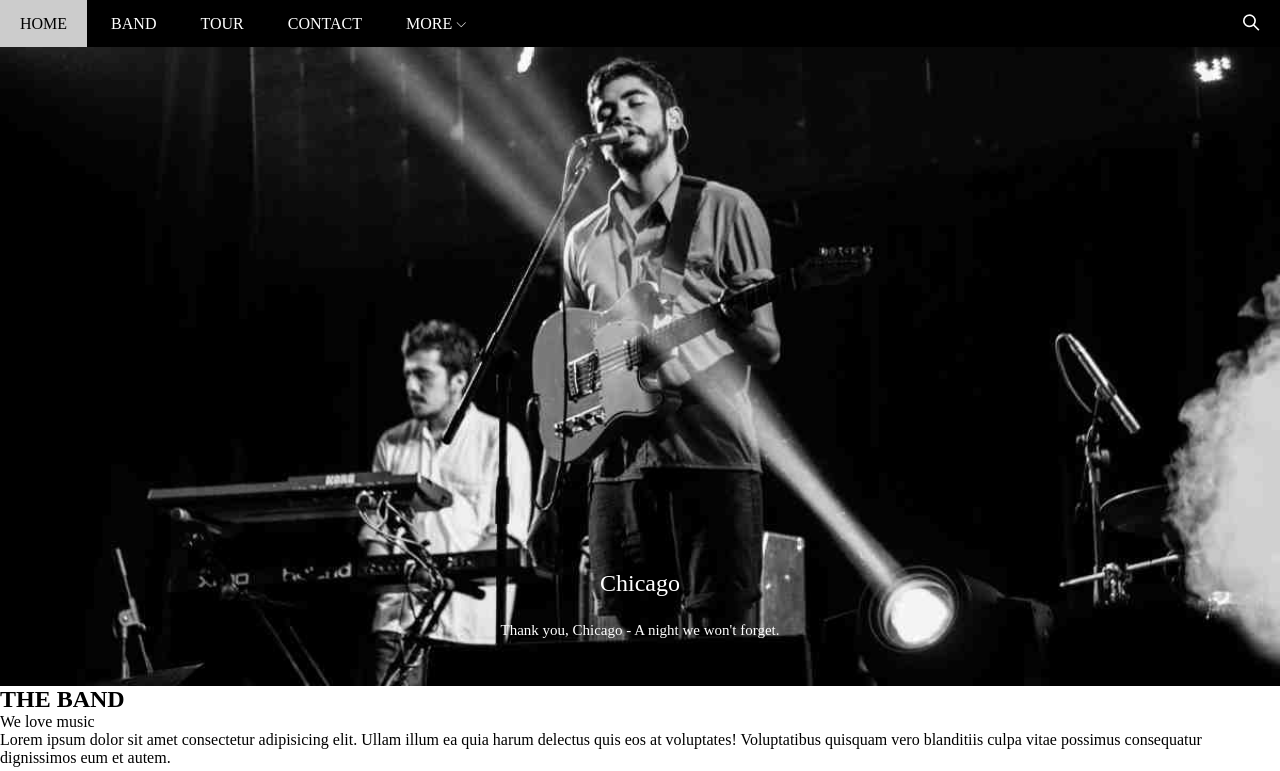
Repository: Dino0411/Dino0411.github.io
Page: index.html
These files come from the project's save history. The page is drawn as it stood at one moment and after the next save; the edit follows.
The browser window is 1280 px wide. The pictures show the whole page.

Above is the page before, as saved 2021-10-04 11:35:36.

### index.html
<!DOCTYPE html>
<html lang="en">
<head>
    <meta charset="UTF-8">
    <meta http-equiv="X-UA-Compatible" content="IE=edge">
    <meta name="viewport" content="width=device-width, initial-scale=1.0">
    <link rel="stylesheet" href="./assets/css/style.css">
    <link rel="stylesheet" href="./assets/fonts/themify-icons/themify-icons.css">
    <title>Document</title>
</head>
<body>
    <div id="main">
        <!-- TODO:header -->
        <div id="header">
            <!-- TODO:begin nav -->
            <ul id="nav">
                <li><a href="">Home</a></li>
                <li><a href="">Band</a></li>
                <li><a href="">Tour</a></li>
                <li><a href="">Contact</a></li>
                <li>
                    <a href="">
                        More
                        <i class="nav-arrow-down ti-angle-down"></i>
                    </a>
                    <ul class="subnav">
                        <li><a href="">Merchandise</a></li>
                        <li><a href="">Extras</a></li>
                        <li><a href="">Media</a></li>
                    </ul>
                </li>
            </ul>
            <!-- TODO:end nav -->

            <!-- TODO:begin search -->
            <div class="search-bth">
                <i class="search-icon  ti-search"></i>
            </div>
            <!-- TODO:end search -->
        </div>
        <!-- TODO:slider -->
        <div id="slider">
            <div class="text-content">
                <h2 class="text-heading">Chicago</h2>
                <div class="text-description">Thank you, Chicago - A night we won't forget.</div>
            </div>
        </div>
        <!-- TODO:content -->
        <div id="content">
            <div class="content-session">
                <h2 class="session-heading">THE BAND</h2>
                <p class="session-sub-heading">We love music</p>
                <p class="about-text">Lorem ipsum dolor sit amet consectetur adipisicing elit. Ullam illum ea quia harum delectus quis eos at voluptates! Voluptatibus quisquam vero blanditiis culpa vitae possimus consequatur dignissimos eum et autem.</p>
            </div>
            <div class="content-session"></div>
            <div class="content-session"></div>
        </div>
        <!-- TODO:footer -->
        <div id="footer">

        </div>
    </div>
</body>
</html>

### assets/css/style.css
/* ! reser css
    ! Emmet(p0;m0)
*/
* {
  margin: 0;
  padding: 0;
  box-sizing: border-box;
}

html {
  font-family: cursive;
}
/* TODO:start
TODO: từ ngoài vào trong
TODO: từ trên xuống dưới
TODO:tổng quan đến chi tiết
*/

/*
? vị trí
? kích thước(width,height)
? màu sắc
? kiểu dáng(kiểu chữ,...)
*/
#main {
}
#header {
  position: fixed;
  top: 0;
  left: 0;
  right: 0;
  height: 47px;
  background-color: #000;
  z-index: 2;
}
#nav {
  display: inline-block;
}
#nav,
.subnav {
  list-style: none;
}
#nav > li {
  display: inline-block;
  position: relative;
}
#nav > li > a {
  color: #fff;
  text-transform: uppercase;
}
#nav li a {
  text-decoration: none;
  padding: 0px 20px;
  line-height: 47px;
}
#nav li:hover .subnav {
  display: block;
}
#nav > li:hover > a,
#nav .subnav a:hover {
  color: #000;
  background-color: #ccc;
  display: block;
}
#nav .subnav {
  display: none;
  position: absolute;
  top: 100%;
  left: 0;
  min-width: 160px;
  background-color: #fff;
  box-shadow: rgba(100, 100, 111, 0.5) 0px 7px 29px 0px;
}
#nav .subnav a {
  color: #000;
  padding: 0 12px;
  line-height: 40px;
}
#nav .nav-arrow-down {
  font-size: 10px;
}
#header .search-bth {
  float: right;
  padding: 0 21px;
}
#header .search-bth:hover {
  background-color: #f44336;
}
#header .search-icon {
  color: #fff;
  font-size: 16px;
  line-height: 46px;
  font-weight: 1000;
}
#slider {
  position: relative;
  margin-top: 46px;
  padding-top: 50%;
  background: url("/assets/img/slider/slider1.jpg") top center / cover no-repeat;
}
#slider .text-content {
  position: absolute;
  color: #fff;
  bottom: 47px;
  width: 100%;
  text-align: center;
}
#slider .text-heading {
  font-weight: 500;
  font-size: 24px;
}
#slider .text-description {
  font-size: 15px;
  margin-top: 25px;
}
#content {
}
#footer {
}

Loaded but not shown: assets/fonts/themify-icons/themify-icons.css (common file)

After the next save:
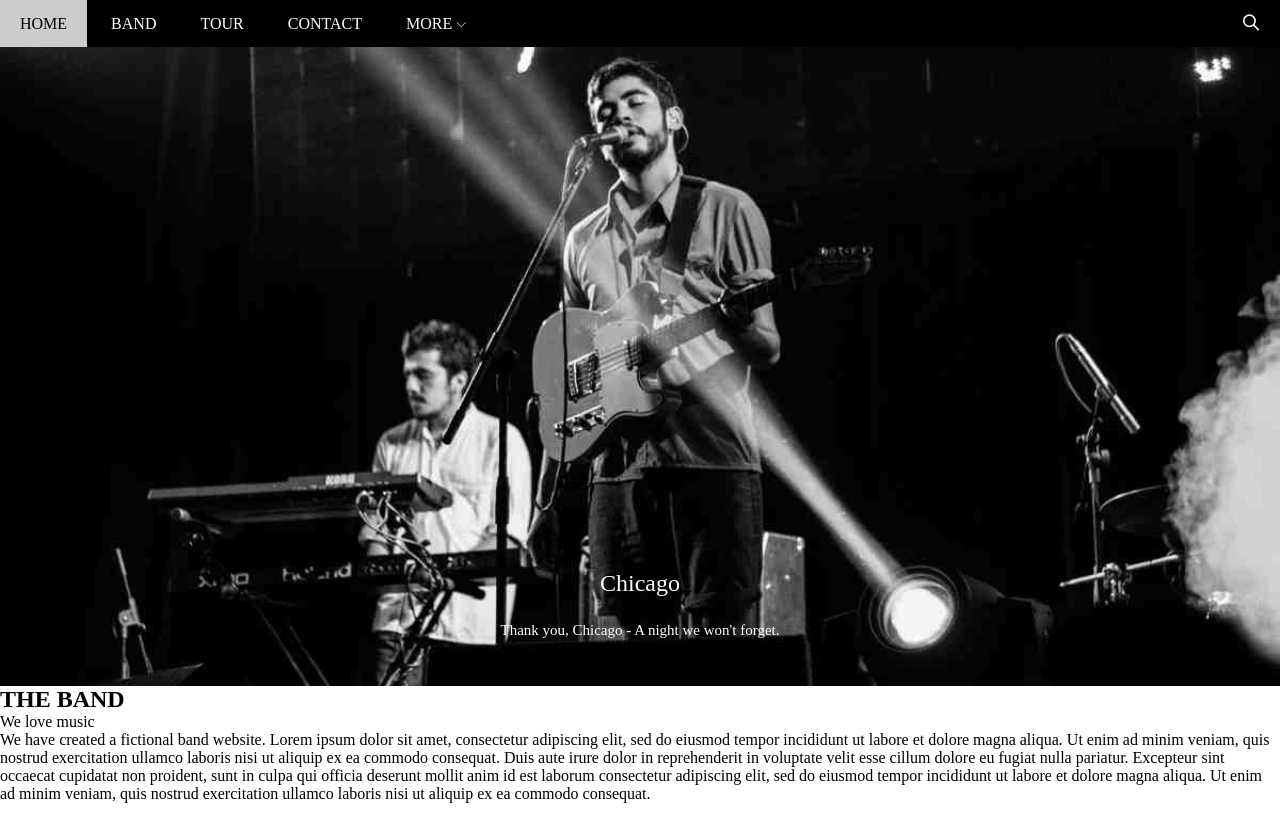
Saved 25 s later.
--- a/index.html
+++ b/index.html
@@ -50,7 +50,7 @@
             <div class="content-session">
                 <h2 class="session-heading">THE BAND</h2>
                 <p class="session-sub-heading">We love music</p>
-                <p class="about-text">Lorem ipsum dolor sit amet consectetur adipisicing elit. Ullam illum ea quia harum delectus quis eos at voluptates! Voluptatibus quisquam vero blanditiis culpa vitae possimus consequatur dignissimos eum et autem.</p>
+                <p class="about-text">We have created a fictional band website. Lorem ipsum dolor sit amet, consectetur adipiscing elit, sed do eiusmod tempor incididunt ut labore et dolore magna aliqua. Ut enim ad minim veniam, quis nostrud exercitation ullamco laboris nisi ut aliquip ex ea commodo consequat. Duis aute irure dolor in reprehenderit in voluptate velit esse cillum dolore eu fugiat nulla pariatur. Excepteur sint occaecat cupidatat non proident, sunt in culpa qui officia deserunt mollit anim id est laborum consectetur adipiscing elit, sed do eiusmod tempor incididunt ut labore et dolore magna aliqua. Ut enim ad minim veniam, quis nostrud exercitation ullamco laboris nisi ut aliquip ex ea commodo consequat.</p>
             </div>
             <div class="content-session"></div>
             <div class="content-session"></div>
